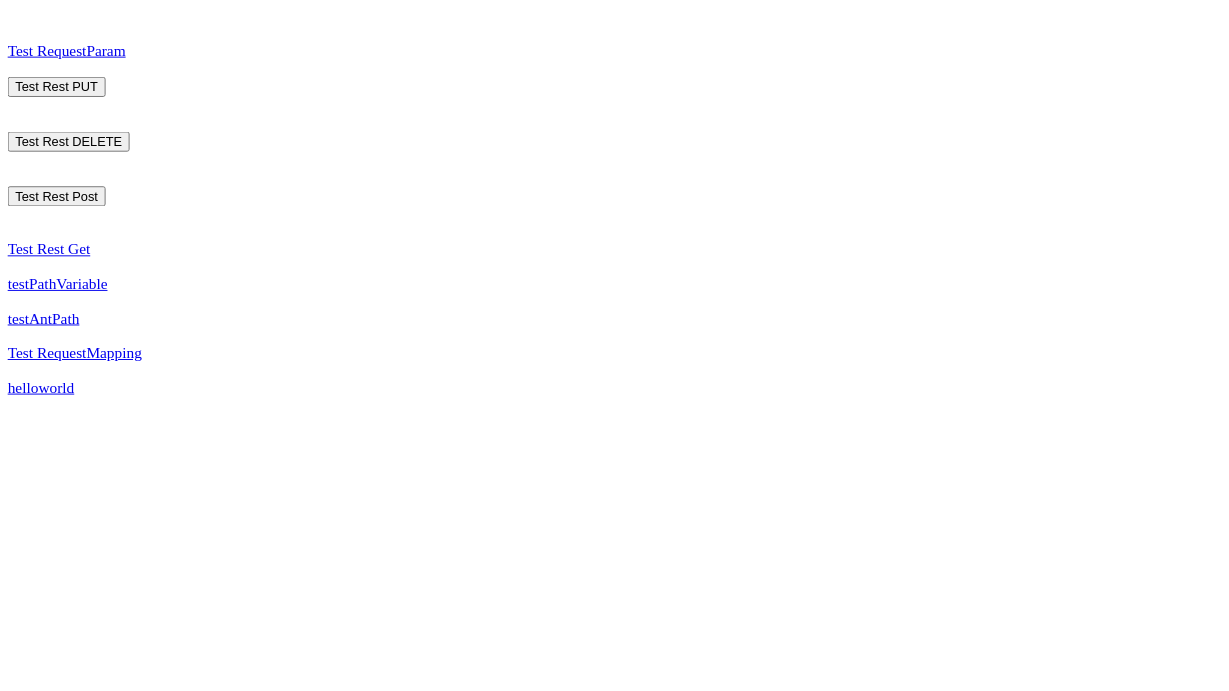
Repository: lhang662543608/Java-Study
Page: http://localhost/springmvc/
These files come from the project's save history. The page is drawn as it stood at one moment and after the next save; the edit follows.
The browser window is 1280 px wide. The pictures show the whole page, at 96% of full size.
The page is served by Tomcat 9.

Above is the page before, as saved 2020-07-13 10:49:56.

After the next save:
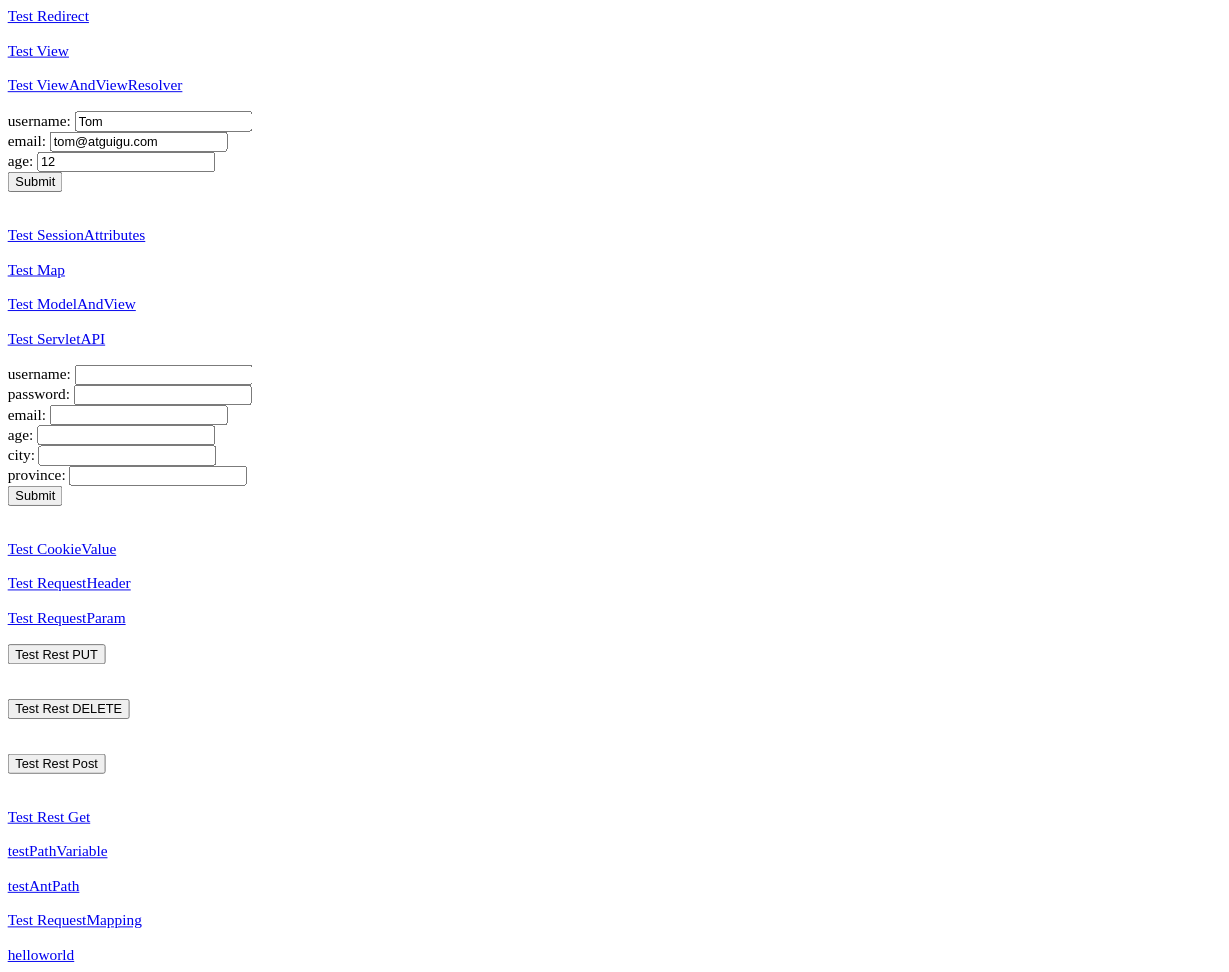
Saved 76 s later.
--- a/SpringMVC/springmvc/WebContent/index.jsp
+++ b/SpringMVC/springmvc/WebContent/index.jsp
@@ -7,6 +7,68 @@
 <title>Insert title here</title>
 </head>
 <body>
+
+	<a href="springmvc/testRedirect">Test Redirect</a>
+	<br><br>
+
+	<a href="springmvc/testView">Test View</a>
+	<br><br>
+
+	<a href="springmvc/testViewAndViewResolver">Test ViewAndViewResolver</a>
+	<br><br>
+
+	<!--
+		模拟修改操作
+		1. 原始数据为: 1, Tom, 123456,tom@atguigu.com,12
+		2. 密码不能被修改.
+		3. 表单回显, 模拟操作直接在表单填写对应的属性值
+	-->
+	<form action="springmvc/testModelAttribute" method="Post">
+		<input type="hidden" name="id" value="1"/>
+		username: <input type="text" name="username" value="Tom"/>
+		<br>
+		email: <input type="text" name="email" value="tom@atguigu.com"/>
+		<br>
+		age: <input type="text" name="age" value="12"/>
+		<br>
+		<input type="submit" value="Submit"/>
+	</form>
+	<br><br>
+
+	<a href="springmvc/testSessionAttributes">Test SessionAttributes</a>
+	<br><br>
+
+	<a href="springmvc/testMap">Test Map</a>
+	<br><br>
+
+	<a href="springmvc/testModelAndView">Test ModelAndView</a>
+	<br><br>
+
+	<a href="springmvc/testServletAPI">Test ServletAPI</a>
+	<br><br>
+
+	<form action="springmvc/testPojo" method="post">
+		username: <input type="text" name="username"/>
+		<br>
+		password: <input type="password" name="password"/>
+		<br>
+		email: <input type="text" name="email"/>
+		<br>
+		age: <input type="text" name="age"/>
+		<br>
+		city: <input type="text" name="address.city"/>
+		<br>
+		province: <input type="text" name="address.province"/>
+		<br>
+		<input type="submit" value="Submit"/>
+	</form>
+	<br><br>
+
+	<a href="springmvc/testCookieValue">Test CookieValue</a>
+	<br><br>
+
+	<a href="springmvc/testRequestHeader">Test RequestHeader</a>
+
 	<br>
 	<br>
 	<a href="springmvc/testRequestParam?username=lhang&age=11">Test
